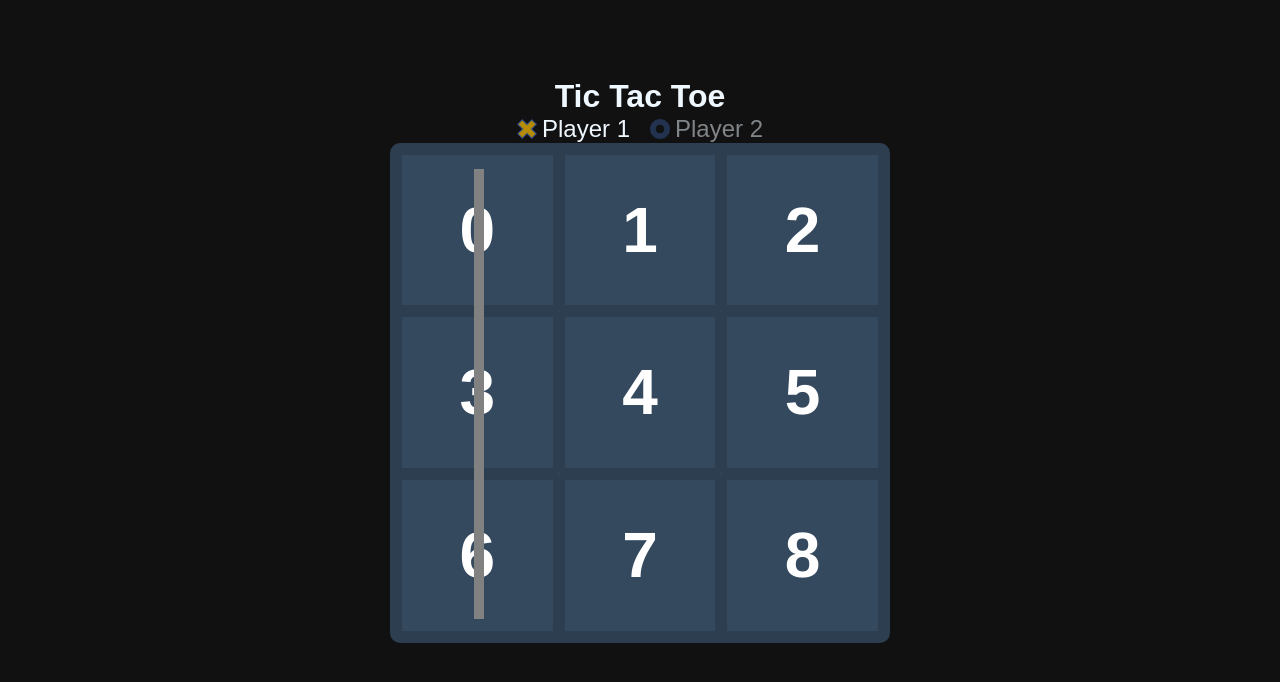
Repository: richardlieknis/tictactoe
Page: index.html
These files come from the project's save history. The page is drawn as it stood at one moment and after the next save; the edit follows.
The browser window is 1280 px wide. The pictures show the whole page.

Above is the page before, as saved 2022-12-08 15:10:58.

### index.html
<!DOCTYPE html>
<html lang="en">

<head>
    <meta charset="UTF-8" />
    <meta http-equiv="X-UA-Compatible" content="IE=edge" />
    <meta name="viewport" content="width=device-width, initial-scale=1.0" />
    <title>TicTacToe</title>
    <link rel="stylesheet" href="css/style.css" />
    <link rel="stylesheet" href="css/mobile.css" />

    <script src="main.js"></script>
</head>

<body>
    <div class="maincontainer">
        <h1>Tic Tac Toe</h1>
        <div class="players">
            <div id="player1" class="">
                <img src="src/img/cross.png" /> Player 1
            </div>
            <div id="player2" class="inactive">
                <img src="src/img/circle.png" /> Player 2
            </div>
        </div>
        <div class="gameField">
            <div class="box" id="0" onclick="playerPlace(0)">0</div>
            <div class="box" id="1" onclick="playerPlace(1)">1</div>
            <div class="box" id="2" onclick="playerPlace(2)">2</div>
            <div class="box" id="3" onclick="playerPlace(3)">3</div>
            <div class="box" id="4" onclick="playerPlace(4)">4</div>
            <div class="box" id="5" onclick="playerPlace(5)">5</div>
            <div class="box" id="6" onclick="playerPlace(6)">6</div>
            <div class="box" id="7" onclick="playerPlace(7)">7</div>
            <div class="box" id="8" onclick="playerPlace(8)">8</div>
            <div class="lines">
                <div id="line0" class="line" style="top: 75px; left: 20px; transform: scaleX(0)"></div>
                <div id="line1" class="line" style="top: 240px; left: 20px; transform: scaleX(0)"></div>
                <div id="line2" class="line" style="top: 400px; left: 20px; transform: scaleX(0)"></div>
                <div id="line3" class="line" style="top: 240px; right: 180px; transform: rotate(90deg) scaleX(1)"></div>
                <div id="line4" class="line" style="top: 240px; right: 20px; transform: rotate(90deg) scaleX(0)"></div>
                <div id="line5" class="line" style="top: 240px; left: 180px; transform: rotate(90deg) scaleX(0)"></div>
                <div id="line6" class="line" style="top: 240px; right: 20px; transform: rotate(45deg) scaleX(0)"></div>
                <div id="line7" class="line" style="top: 240px; right: 20px; transform: rotate(-45deg) scaleX(0)"></div>
            </div>
        </div>
    </div>
</body>

</html>

### css/style.css
* {
    margin: 0;
    padding: 0;
    box-sizing: border-box;
}

body {
    font-family: sans-serif;
    color: aliceblue;
    background-color: #111;
}

.players {
    display: flex;
    align-items: center;
    justify-content: center;
    gap: 20px;
}

#player1,
#player2 {
    display: flex;
    align-items: center;
    gap: 5px;
    font-size: 24px;
}

.inactive {
    opacity: 0.5;
}

.players img {
    width: 20px;
}

.maincontainer {
    display: flex;
    justify-content: center;
    align-items: center;
    flex-direction: column;
    height: 100vh;
}

.gameField {
    position: relative;
    width: 500px;
    height: 500px;
    margin: 0 auto;
    background-color: #34495e;
    color: #fff;
    border: 6px solid #2c3e50;
    border-radius: 10px;
    display: grid;
    grid-template: repeat(3, 1fr) / repeat(3, 1fr);
}

.box {
    border: 6px solid #2c3e50;
    border-radius: 2px;
    font-family: Helvetica;
    font-weight: bold;
    font-size: 4em;
    display: flex;
    justify-content: center;
    align-items: center;
    cursor: pointer;
}

.box:hover {
    background-color: #416080;
}

.line {
    position: absolute;
    width: 450px;
    height: 10px;
    background-color: rgb(129, 129, 129);
    transition: transform 1s ease-in-out;
}

#line {
    transform: scaleX(1) !important;
}

### main.js
const circle = document.getElementById('circle');
const cross = document.getElementById('cross');
const gameover = document.getElementById('gameover');

let fields = [0, 1, 2, 3, 4, 5, 6, 7, 8];
let currentPlayer = 'cross';
let win = false;

let winFields = [
    [0, 1, 2],
    [3, 4, 5],
    [6, 7, 8],
    [0, 3, 6],
    [1, 4, 7],
    [2, 5, 8],
    [0, 4, 8],
    [2, 4, 6]
]

function playerPlace(id) {
    let fieldHtml = document.getElementById(id);
    if (fields[id] < 9 && !win) {
        if (currentPlayer === 'circle') {
            fields[id] = 'circle';
            fieldHtml.innerHTML = `<img src="src/img/circle.png">`;
            checkWin();
            currentPlayer = 'cross';
            document.getElementById('player1').classList.remove('inactive');
            document.getElementById('player2').classList.add('inactive');
        } else if (currentPlayer === 'cross') {
            fields[id] = 'cross';
            fieldHtml.innerHTML = `<img src="src/img/cross.png">`;
            checkWin();
            currentPlayer = 'circle';
            document.getElementById('player2').classList.remove('inactive');
            document.getElementById('player1').classList.add('inactive');
        }
    }
}

function checkWin() {
    for (let i = 0; i < winFields.length; i++) {
        if (fields[winFields[i][0]] === fields[winFields[i][1]] &&
            fields[winFields[i][1]] === fields[winFields[i][2]]) {
            console.log("GEWONNEN:", currentPlayer);
            win = true;
        }
    }

}

function resetGame() {
    win = false;
    for (let i = 0; i < 9; i++) {
        let fieldHtml = document.getElementById(i);
        fields = [0, 1, 2, 3, 4, 5, 6, 7, 8];
        fieldHtml.innerHTML = "";
    }
}

Loaded but not shown: css/mobile.css (no stored copy; drawn as an empty file)

After the next save:
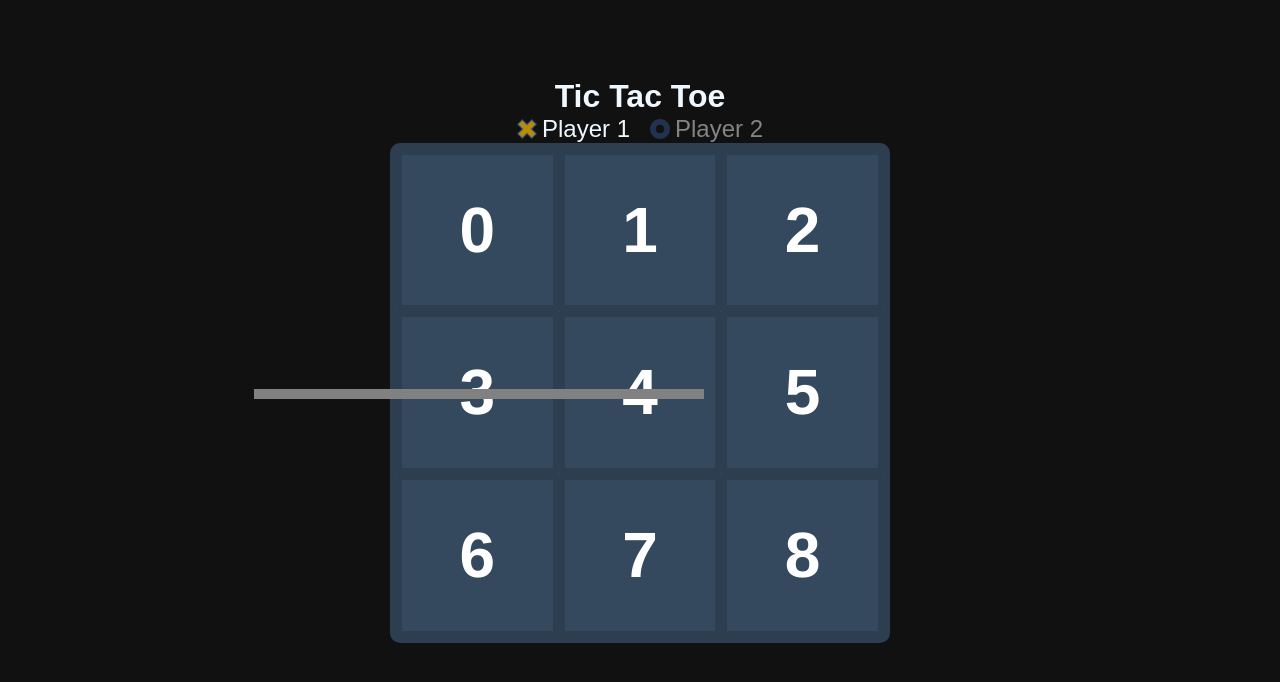
Saved 25 s later.
--- a/css/style.css
+++ b/css/style.css
@@ -78,6 +78,6 @@
     transition: transform 1s ease-in-out;
 }
 
-#line {
+#line3 {
     transform: scaleX(1) !important;
 }

After the save that followed:
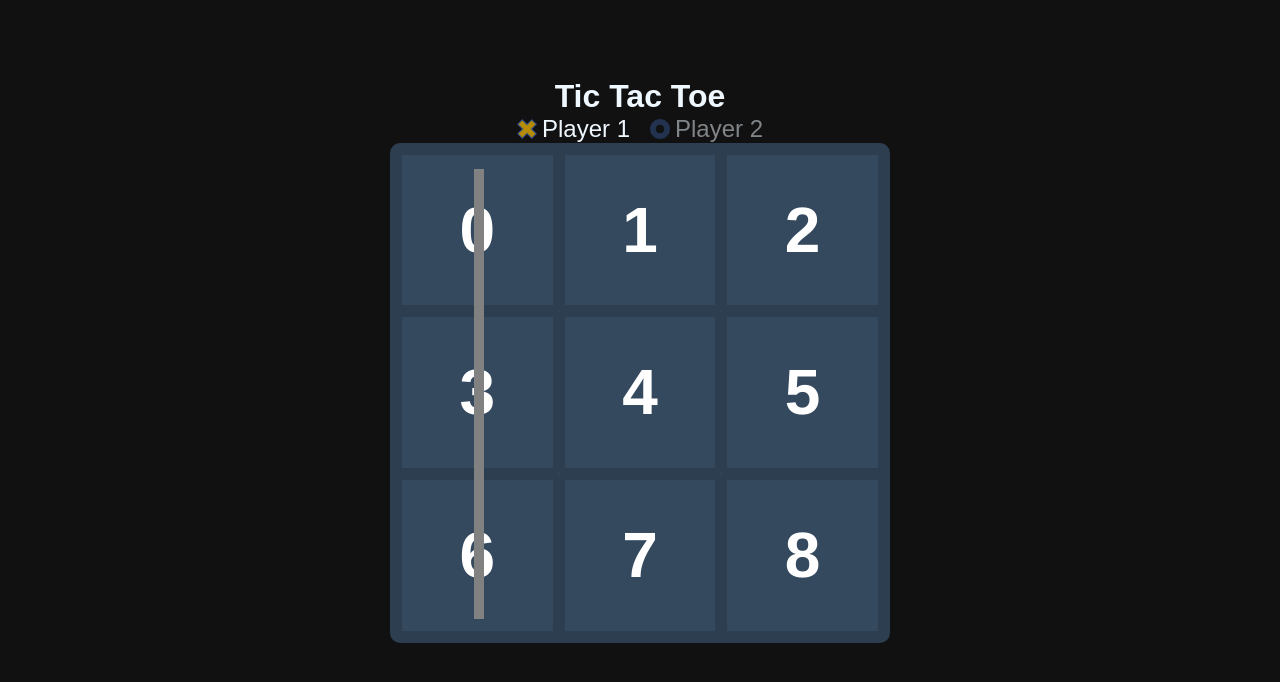
Saved 6 s later.
--- a/css/style.css
+++ b/css/style.css
@@ -79,5 +79,5 @@
 }
 
 #line3 {
-    transform: scaleX(1) !important;
+    transform: scaleX(1);
 }
